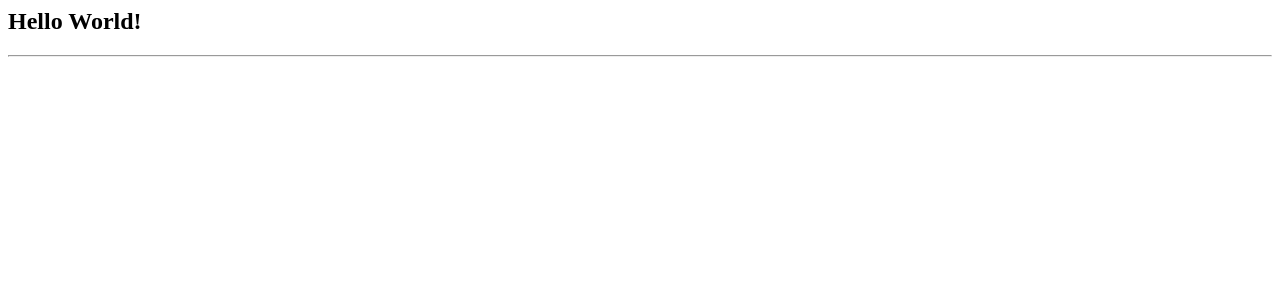
Repository: ruchitha211/Ruchitha_21_springmvc
Page: http://localhost/empwebapp/
An editor plug-in stored every save of this project. The page is shown before and after the next save, followed by the edit.
The browser window is 1280 px wide. The pictures show the whole page.
The page is served by Tomcat 9. Other server files are loaded and not shown.

Above is the page before, as saved 2020-06-19 15:59:34.

### empwebapp/src/main/webapp/index.jsp
<html>
<body>
<h2>Hello World!</h2>

<hr>
</body>
</html>

After the next save:
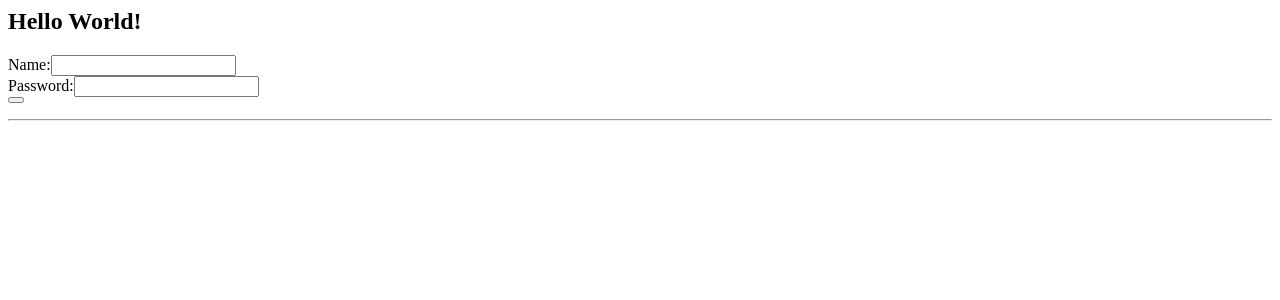
Saved 17 s later.
--- a/empwebapp/src/main/webapp/index.jsp
+++ b/empwebapp/src/main/webapp/index.jsp
@@ -1,7 +1,11 @@
 <html>
 <body>
 <h2>Hello World!</h2>
-
+ <form action="Login" method="post">
+Name:<input type="text" name="name"><br>
+Password:<input type="password" name="password"><br>
+<button type="submit" value="login">  </button>
+</form>
 <hr>
 </body>
 </html>
